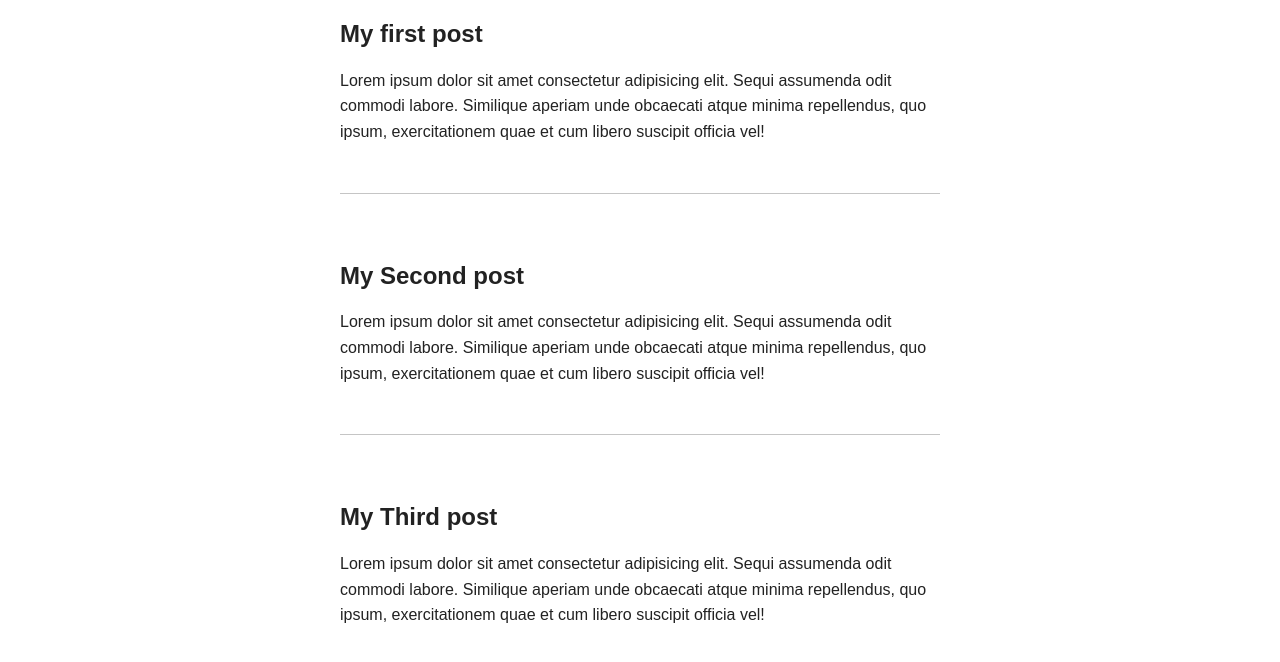
Repository: PiotrMigdal/blogmigdalapp
Page: http://localhost/
The author's editor kept a copy of each file at every save. The page is drawn from the files as they stood at one save, then again after the next save.
The browser window is 1280 px wide. The pictures show the whole page.
The page is served by the project's Laravel application, run on PHP 8.4 with Laravel 8. Other server files are loaded and not shown.

Above is the page before, as saved 2021-08-28 07:34:04.

### routes/web.php
<?php

use Illuminate\Support\Facades\Route;

/*
|--------------------------------------------------------------------------
| Web Routes
|--------------------------------------------------------------------------
|
| Here is where you can register web routes for your application. These
| routes are loaded by the RouteServiceProvider within a group which
| contains the "web" middleware group. Now create something great!
|
*/

Route::get('/', function () {
    return view('posts');
});

Route::get('/post', function () {
    return view('post');
});

### resources/views/posts.blade.php
<!DOCTYPE html>
<html lang="en">
<head>
  <meta charset="UTF-8">
  <meta http-equiv="X-UA-Compatible" content="IE=edge">
  <meta name="viewport" content="width=device-width, initial-scale=1.0">
  <title>My Blog</title>
  <link rel="stylesheet" href="/app.css"></link>
</head>
<body>
  <article>
    <h1>My first post</h1>
    <p>Lorem ipsum dolor sit amet consectetur adipisicing elit. Sequi assumenda odit commodi labore. Similique aperiam unde obcaecati atque minima repellendus, quo ipsum, exercitationem quae et cum libero suscipit officia vel!</p>
  </article>
  <article>
    <h1>My Second post</h1>
    <p>Lorem ipsum dolor sit amet consectetur adipisicing elit. Sequi assumenda odit commodi labore. Similique aperiam unde obcaecati atque minima repellendus, quo ipsum, exercitationem quae et cum libero suscipit officia vel!</p>
  </article>
  <article>
    <h1>My Third post</h1>
    <p>Lorem ipsum dolor sit amet consectetur adipisicing elit. Sequi assumenda odit commodi labore. Similique aperiam unde obcaecati atque minima repellendus, quo ipsum, exercitationem quae et cum libero suscipit officia vel!</p>
  </article>
</body>
</html>

### public/app.css
body {
  background: white;
  color: #222222;
  max-width: 600px;
  margin: auto;
  font-family: sans-serif;
}

p {
  line-height: 1.6;
}

article + article {
  margin-top: 3rem;
  padding-top: 3rem;
  border-top: 1px solid #c5c5c5;

}

After the next save:
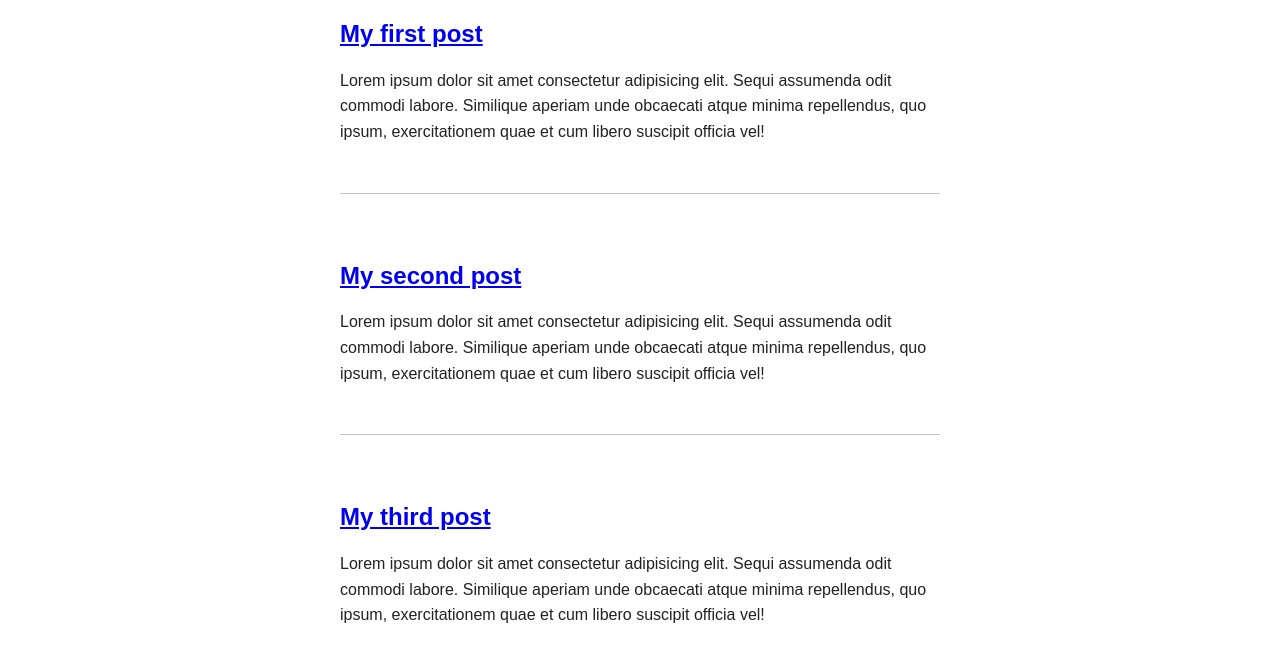
Saved 3 min 55 s later.
--- a/resources/views/posts.blade.php
+++ b/resources/views/posts.blade.php
@@ -9,15 +9,15 @@
 </head>
 <body>
   <article>
-    <h1>My first post</h1>
+    <h1><a href='/post'>My first post</a></h1>
     <p>Lorem ipsum dolor sit amet consectetur adipisicing elit. Sequi assumenda odit commodi labore. Similique aperiam unde obcaecati atque minima repellendus, quo ipsum, exercitationem quae et cum libero suscipit officia vel!</p>
   </article>
   <article>
-    <h1>My Second post</h1>
+    <h1><a href='/post'>My second post</a></h1>
     <p>Lorem ipsum dolor sit amet consectetur adipisicing elit. Sequi assumenda odit commodi labore. Similique aperiam unde obcaecati atque minima repellendus, quo ipsum, exercitationem quae et cum libero suscipit officia vel!</p>
   </article>
   <article>
-    <h1>My Third post</h1>
+    <h1><a href='/post'>My third post</a></h1>
     <p>Lorem ipsum dolor sit amet consectetur adipisicing elit. Sequi assumenda odit commodi labore. Similique aperiam unde obcaecati atque minima repellendus, quo ipsum, exercitationem quae et cum libero suscipit officia vel!</p>
   </article>
 </body>
